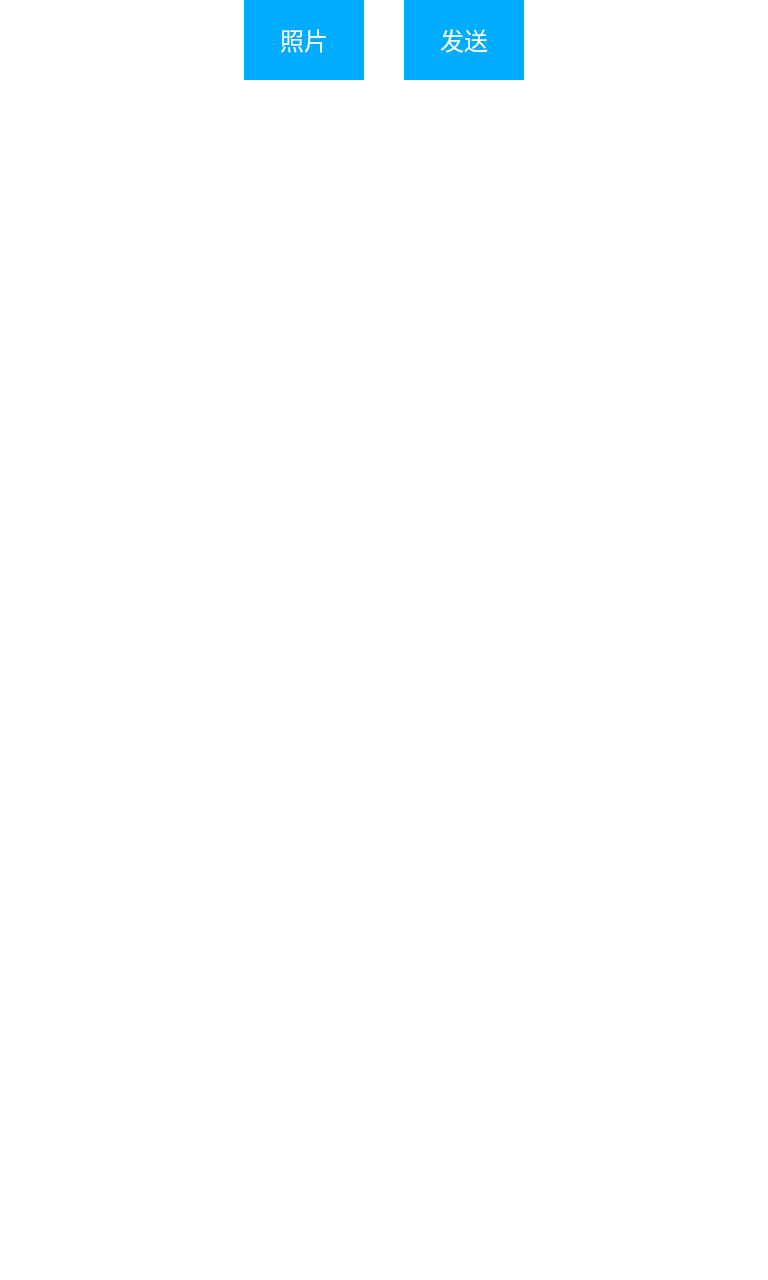
Repository: fanloveoupao/WecharTest
Layout: TestWechar/res/layout/choose_photo.xml
An editor plug-in stored every save of this project. The layout is shown before and after the next save, followed by the edit.
It is drawn on a 768 x 1280 px phone screen (xhdpi) without system bars, with theme AppTheme; the app's code is not run.

Above is the layout before, as saved 2015-10-09 07:44:15.

### TestWechar/res/layout/choose_photo.xml
<RelativeLayout xmlns:android="http://schemas.android.com/apk/res/android"
    xmlns:tools="http://schemas.android.com/tools"
    android:layout_width="fill_parent"
    android:layout_height="fill_parent" >

    <LinearLayout
        android:id="@+id/btn_layout"
        android:layout_width="fill_parent"
        android:layout_height="wrap_content"
        android:gravity="center"
        android:orientation="horizontal" >

        <Button
            android:id="@+id/btn_choose"
            android:layout_width="60dp"
            android:layout_height="40dp"
            android:layout_marginRight="10dp"
            android:background="@drawable/button_login_bg"
            android:text="照片"
            android:textColor="@color/white"
            android:textSize="12dp" />

        <Button
            android:id="@+id/btn_send"
            android:layout_width="60dp"
            android:layout_height="40dp"
            android:layout_marginLeft="10dp"
            android:background="@drawable/button_login_bg"
            android:text="发送"
            android:textColor="@color/white"
            android:textSize="12dp" />
    </LinearLayout>

    <ImageView
        android:id="@+id/img"
        android:layout_width="wrap_content"
        android:layout_height="wrap_content"
        android:layout_below="@+id/btn_layout"
        android:adjustViewBounds="true"
        android:maxHeight="400dp"
        android:maxWidth="300dp"
        android:minHeight="100dp"
        android:minWidth="100dp" />

</RelativeLayout>

### TestWechar/res/values/styles.xml
<resources>

    <!--
        Base application theme, dependent on API level. This theme is replaced
        by AppBaseTheme from res/values-vXX/styles.xml on newer devices.











    -->
    <style name="AppBaseTheme" parent="android:Theme.Light">
        <!--
            Theme customizations available in newer API levels can go in
            res/values-vXX/styles.xml, while customizations related to
            backward-compatibility can go here.






        -->
    </style>

    <!-- Application theme. -->
    <style name="AppTheme" parent="AppBaseTheme">
        <!-- All customizations that are NOT specific to a particular API-level can go here. -->
    </style>

    <style name="animationmsg">
        <item name="android:windowEnterAnimation">@anim/msg_enter</item>
        <item name="android:windowExitAnimation">@anim/msg_exit</item>
    </style>

</resources>

### TestWechar/res/values/color.xml
<?xml version="1.0" encoding="utf-8"?>
<resources>

    <color name="white">#ffffffff</color>
    <color name="window_bg">#fff0f3f6</color>
    <color name="title_bg">#ff54acea</color>
    <color name="chat_text">#ff333333</color>
    <color name="common_top_bar_blue">#4ebcd3</color>
    <color name="btn_login_normal">#00acff</color>
    <color name="btn_login_pressed">#46678d</color>
    <color name="btn_logout_normal">#d33f3f</color>
    <color name="btn_logout_pressed">#DA5A4D</color>
    <color name="btn_register_normal">#ffffff</color>
    <color name="btn_register_pressed">#00acff</color>
    <color name="common_bottom_bar_normal_bg">#2d2f31</color>
    <color name="common_bottom_bar_selected_bg">#161718</color>
    <color name="common_botton_bar_blue">#2ea7e0</color>
    <color name="common_bg">#fcfcfc</color>
    <color name="btn_pressed_green_solid">#B6DA53</color>
    <color name="divider_list">#d4d4d4</color>
    <color name="top_bar_normal_bg">#00acff</color>
    <color name="error_item_color">#F6EBE6</color>
    <color name="bottom_bar_normal_bg">#2D2F31</color>
    <color name="bottom_text_color_normal">#ffffff</color>
    <color name="btn_white_normal">#f7f8f8</color>
    <color name="btn_white_pressed">#b5b5b6</color>
    <color name="btn_green_noraml">#68C270</color>
    <color name="btn_green_pressed">#6FCD78</color>
    <color name="btn_gray_normal">#c0c0c0</color>
    <color name="btn_gray_pressed_status">#b5b5b6</color>
    <color name="btn_gray_pressed">#666667</color>
    <color name="btn_blue_normal">#1e90ff</color>
    <color name="btn_blue_pressed">#0066FF</color>
    <color name="orange">#FFA500</color>
    <color name="gray_pressed">#b5b5b6</color>
    <color name="gray_normal">#666667</color>
    <color name="grid_state_pressed">#1Affffff</color>
    <color name="grid_state_focused">#80000000</color>
    <color name="voip_interface_text_color">#bababa</color>
    <color name="black_deep">#FF000000</color>
    <color name="btn_answer_pressed">#4ebcd3</color>
    <color name="btn_answer_normal">#2dafa3</color>

</resources>

Loaded but not shown: TestWechar/res/values-v11/styles.xml (common file); TestWechar/res/values-v14/styles.xml (common file); TestWechar/res/drawable/button_login_bg.xml (common file)

After the next save:
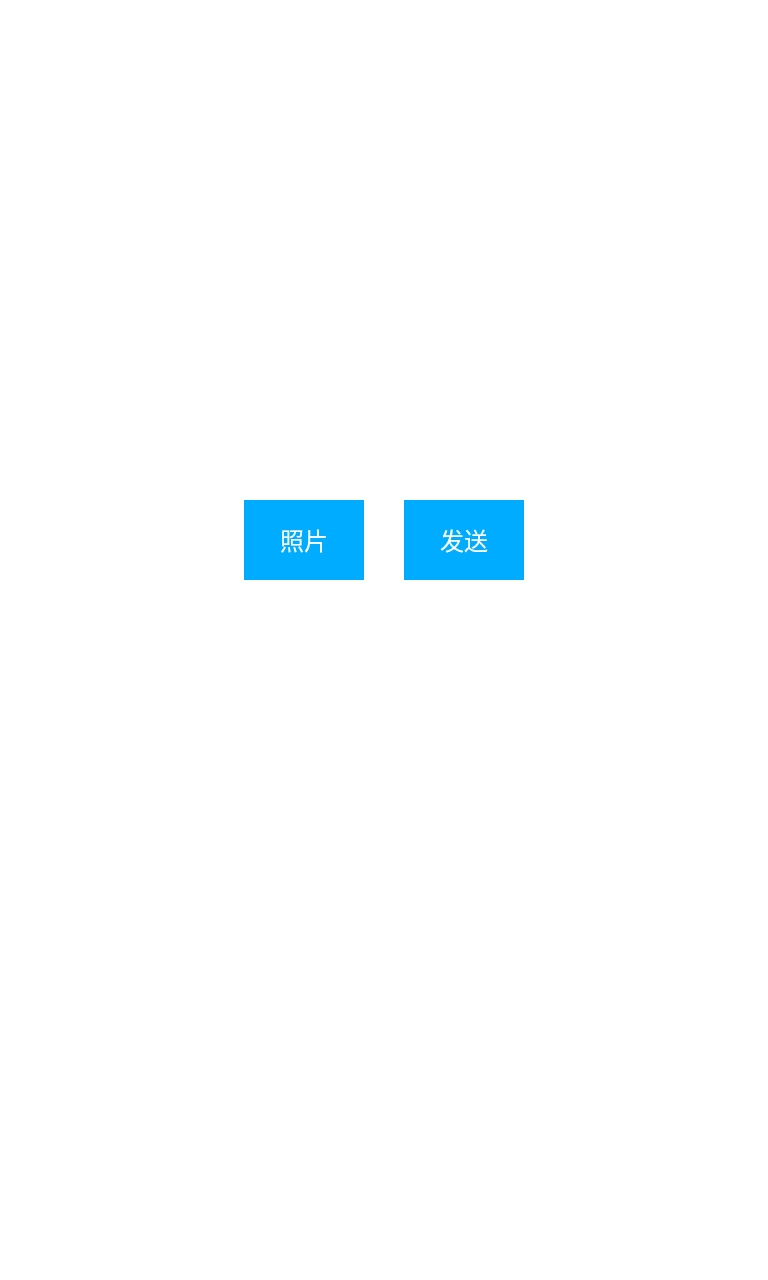
Saved 18 s later.
--- a/TestWechar/res/layout/choose_photo.xml
+++ b/TestWechar/res/layout/choose_photo.xml
@@ -1,7 +1,8 @@
 <RelativeLayout xmlns:android="http://schemas.android.com/apk/res/android"
     xmlns:tools="http://schemas.android.com/tools"
     android:layout_width="fill_parent"
-    android:layout_height="fill_parent" >
+    android:layout_height="fill_parent"
+    android:gravity="center" >
 
     <LinearLayout
         android:id="@+id/btn_layout"
